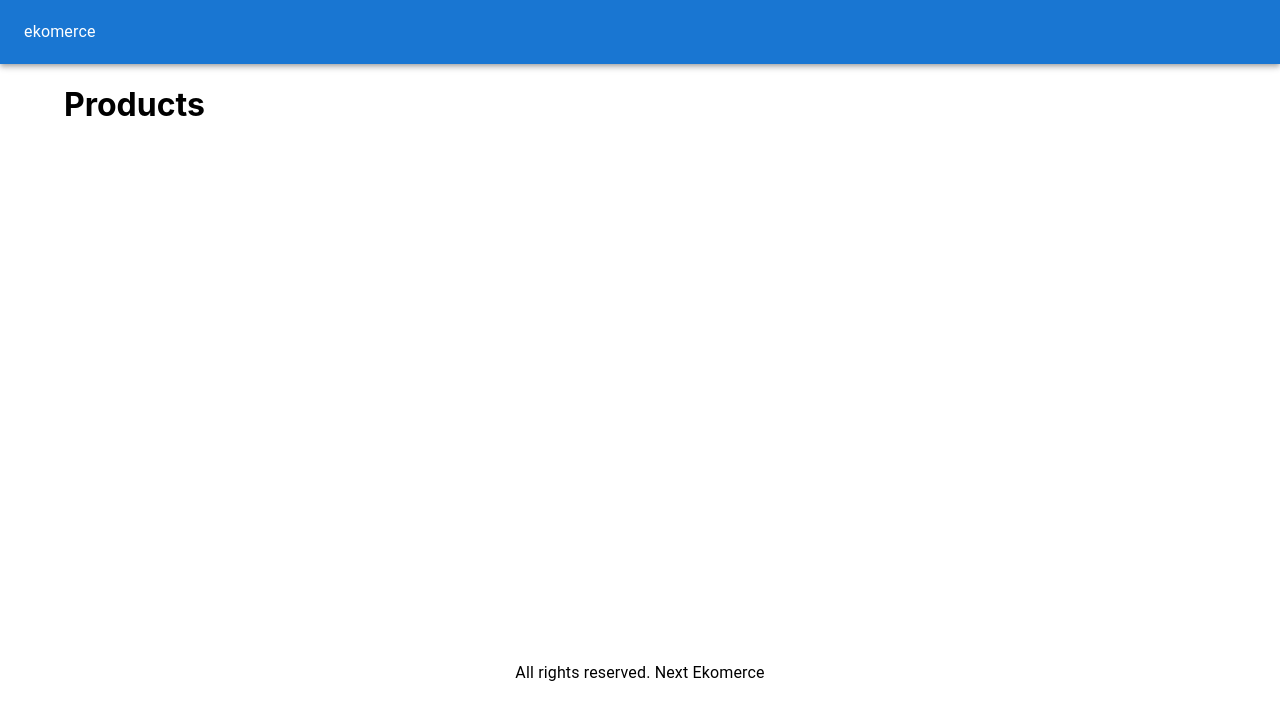
Repository: ChakmaSajib/ekomerce
Page: /
An editor plug-in stored every save of this project. The page is shown before and after the next save, followed by the edit.
The browser window is 1280 px wide. The pictures show the whole page.
The project was rebuilt for these pictures with package versions that can differ from the ones it lists, and the page was loaded fresh each time. The framework's server and built-in components were replaced by stand-ins that run in the browser. Also part of the build but not shown: next.config.js, styles/Home.module.css.

Above is the page before, as saved 2022-01-02 00:12:52.

After the next save:
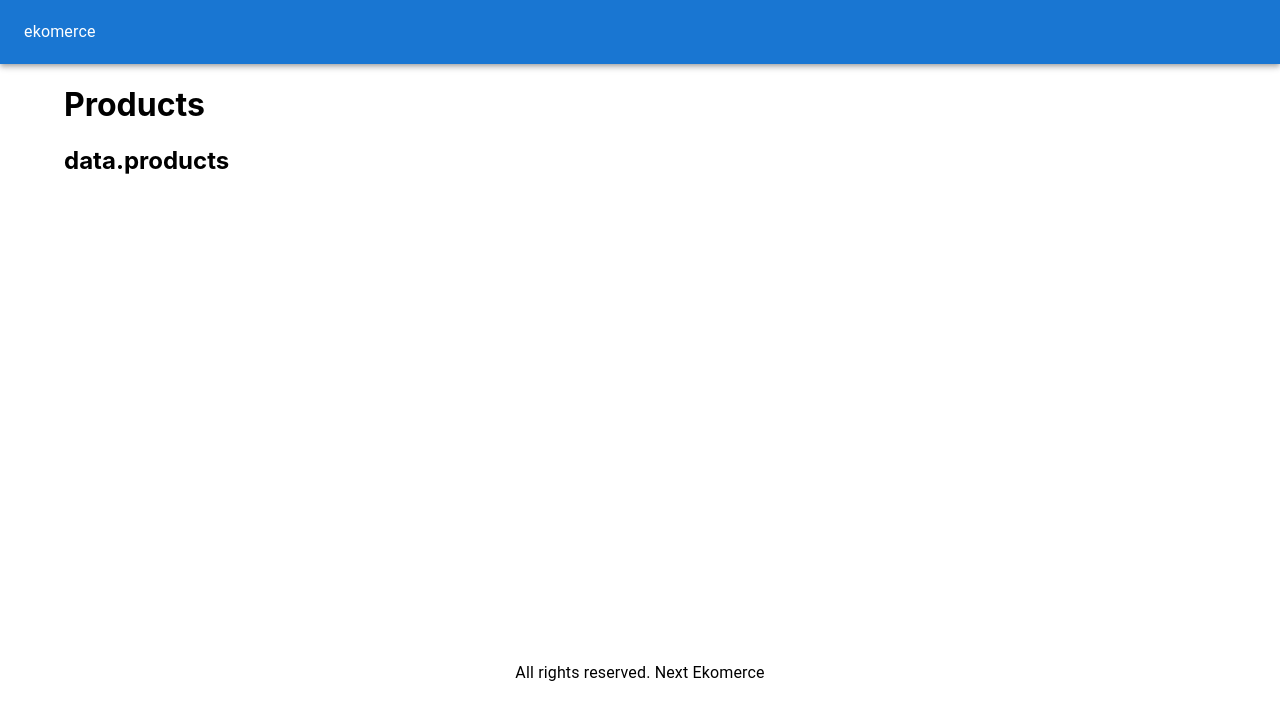
Saved 29 s later.
--- a/pages/index.js
+++ b/pages/index.js
@@ -10,6 +10,7 @@
     <Layout>
       <div>
         <h1>Products</h1>
+        <h2>data.products</h2>
         {/** Parent Grid */}
         <Grid container spacing={3}>
           {data.products.map((product) => {
